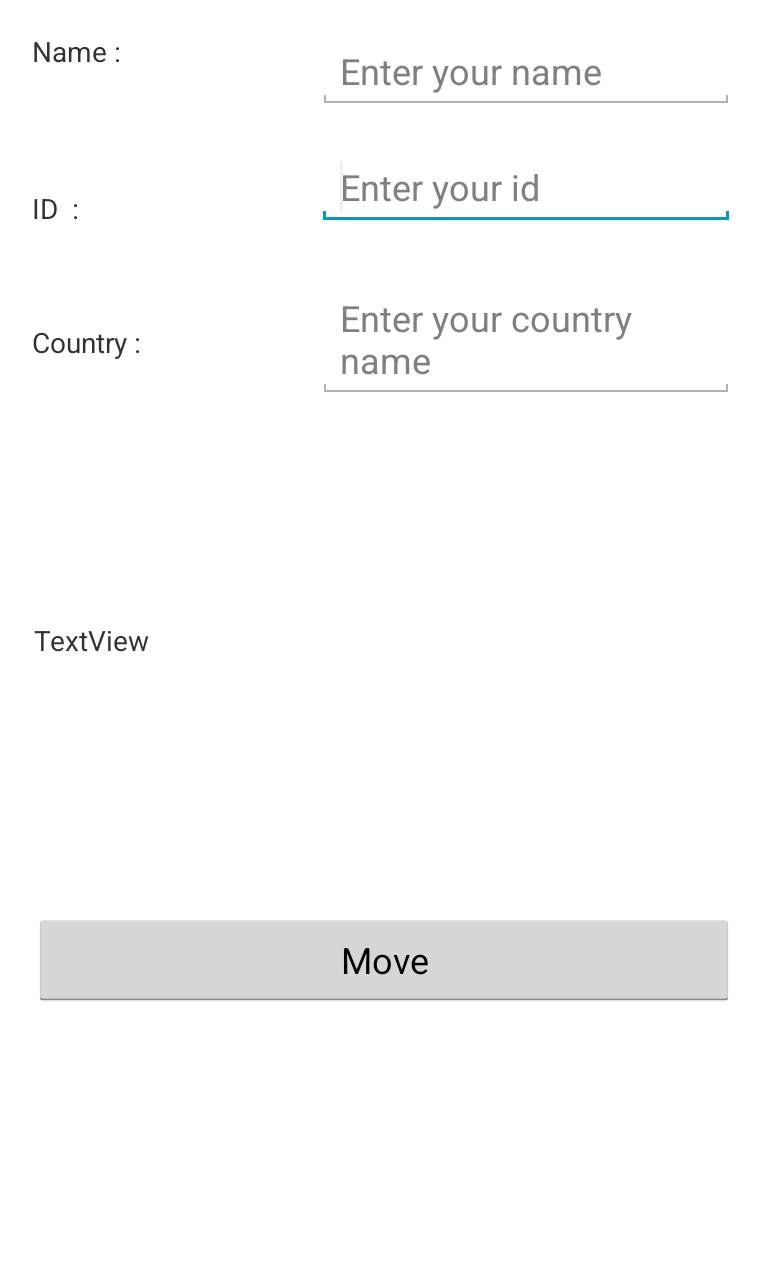
Repository: suzauddola/Android_Apps
Layout: Source/bundle/bandle/res/layout/first.xml
These files come from the project's save history. The layout is drawn as it stood at one moment and after the next save; the edit follows.
It is drawn on a 768 x 1280 px phone screen (xhdpi) without system bars, with theme AppTheme; the app's code is not run.

Above is the layout before, as saved 2013-09-05 02:13:40.

After the next save:
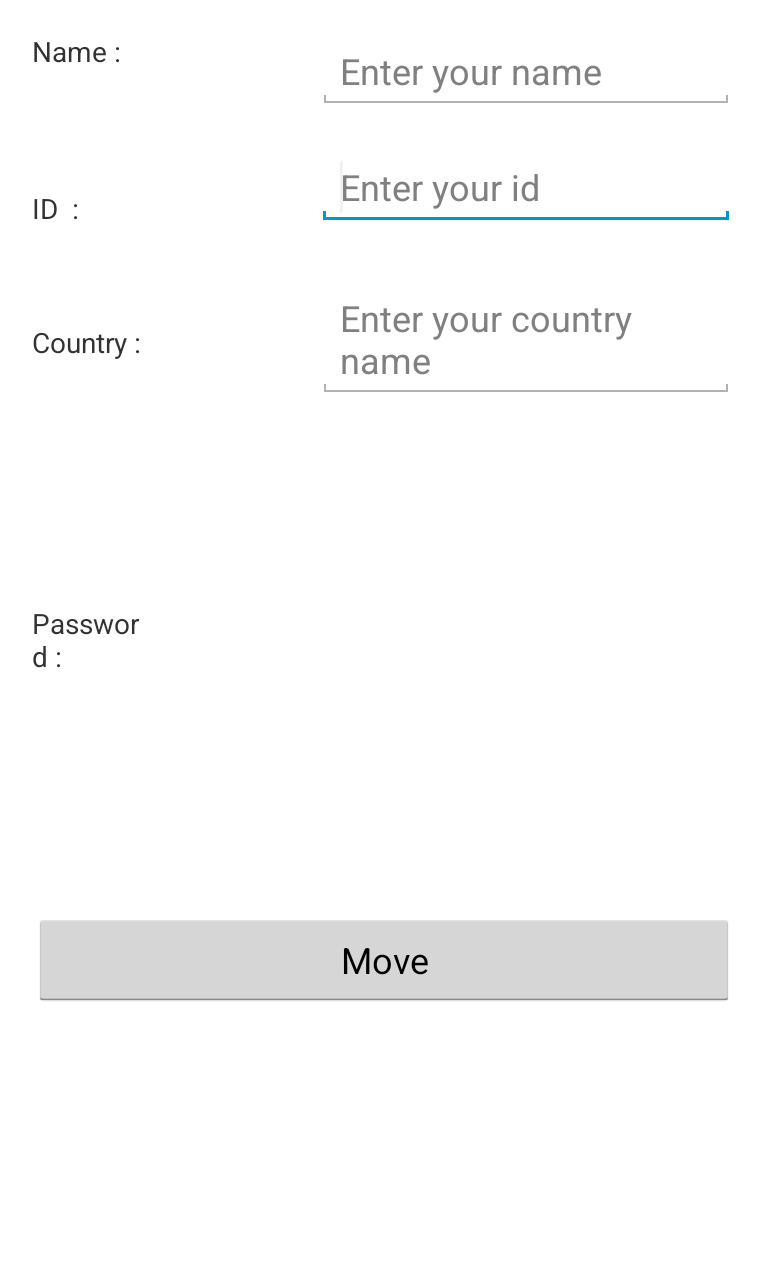
Saved 9 s later.
--- a/Source/bundle/bandle/res/layout/first.xml
+++ b/Source/bundle/bandle/res/layout/first.xml
@@ -78,6 +78,6 @@
         android:layout_height="wrap_content"
         android:layout_alignRight="@+id/name"
         android:layout_centerVertical="true"
-        android:text="TextView" />
+        android:text="Password :" />
 
 </RelativeLayout>
